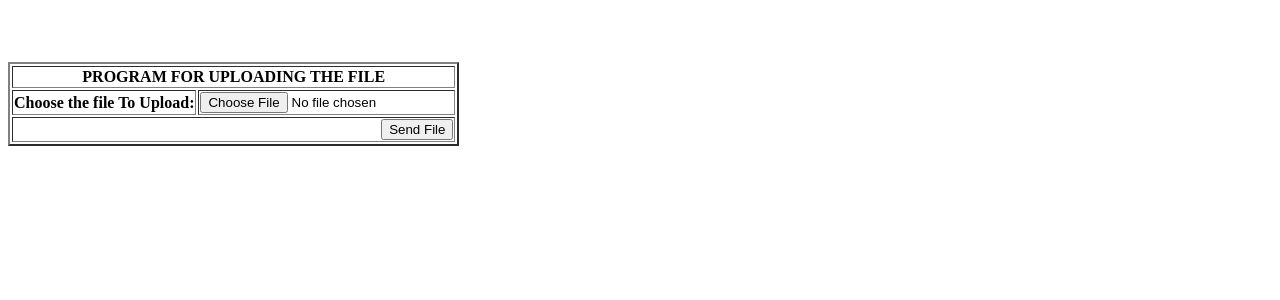
Repository: rplopes/j2ee_ejb
Page: http://localhost/PhaseBookWeb/index_single_upload.jsp
The author's editor kept a copy of each file at every save. The page is drawn from the files as they stood at one save, then again after the next save.
The browser window is 1280 px wide. The pictures show the whole page.
The page is served by Tomcat 9. Other server files are loaded and not shown.

Above is the page before, as saved 2011-10-22 17:16:36.

### PhaseBookWeb/WebContent/index_single_upload.jsp
<%@ page language="java" %>
<HTml>
<HEAD>
	<TITLE>Display file upload form to the user</TITLE></HEAD>
	<% //  for uploading the file we used Encrypt type of multipart/form-data and input of file type to browse and submit the file %>
	<BODY>
		<FORM ENCTYPE="multipart/form-data" ACTION="sinle_upload_page.jsp" METHOD=POST>
			<br><br><br>
				<table border="2">
				<tr><td colspan="2"><p align="center"><B>PROGRAM FOR UPLOADING THE FILE</B></td></tr>
				<tr><td><b>Choose the file To Upload:</b></td> <td><INPUT NAME="F1" TYPE="file"></td></tr>
				<tr><td colspan="2">
				<p align="right"><INPUT TYPE="submit" VALUE="Send File" ></p></td></tr>
             	</table>
		</FORM>
	</BODY>
</HTML>

After the next save:
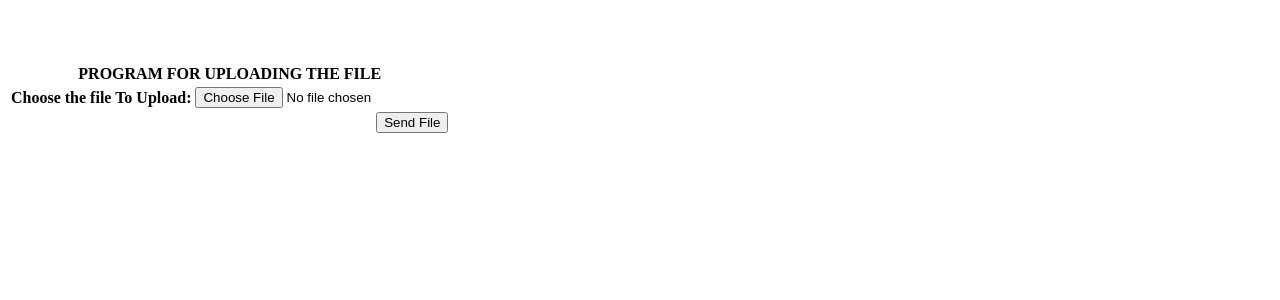
Saved 8 s later.
--- a/PhaseBookWeb/WebContent/index_single_upload.jsp
+++ b/PhaseBookWeb/WebContent/index_single_upload.jsp
@@ -6,7 +6,7 @@
 	<BODY>
 		<FORM ENCTYPE="multipart/form-data" ACTION="sinle_upload_page.jsp" METHOD=POST>
 			<br><br><br>
-				<table border="2">
+				<table>
 				<tr><td colspan="2"><p align="center"><B>PROGRAM FOR UPLOADING THE FILE</B></td></tr>
 				<tr><td><b>Choose the file To Upload:</b></td> <td><INPUT NAME="F1" TYPE="file"></td></tr>
 				<tr><td colspan="2">
